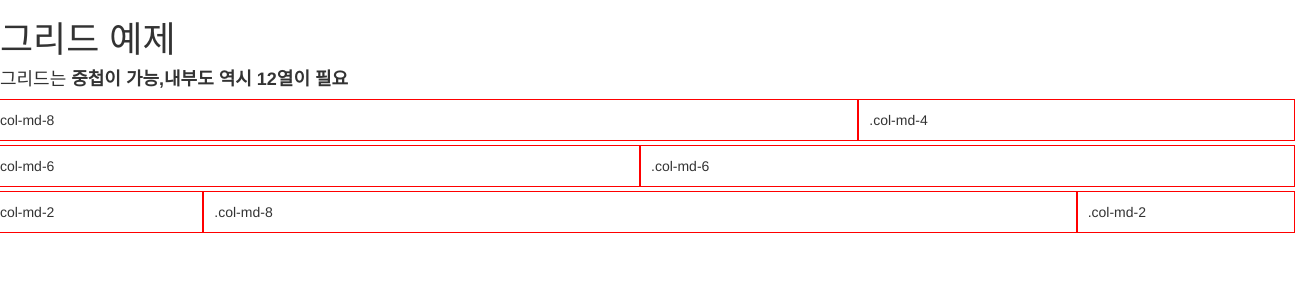
Repository: RYE415/4.jsp
Page: BootstrapTest/src/main/webapp/1.grid/grid2.html
These files come from the project's save history. The page is drawn as it stood at one moment and after the next save; the edit follows.
The browser window is 1280 px wide. The page is 1295 px wide, so the pictures cover 1295 px, including what lies to the right of the window. The pictures show the whole page.
Some web libraries are served in a nearby version.

Above is the page before, as saved 2022-08-08 01:16:18.

### BootstrapTest/src/main/webapp/1.grid/grid2.html
<!DOCTYPE html>
<html lang="ko">
  <head>
    <meta charset="utf-8">
    <meta http-equiv="X-UA-Compatible" content="IE=edge">
    <meta name="viewport" content="width=device-width, initial-scale=1">
    <!-- 위 3개의 메타 태그는 *반드시* head 태그의 처음에 와야합니다; 어떤 다른 콘텐츠들은 반드시 이 태그들 *다음에* 와야 합니다 -->
    <title>bootstrap 예제</title>

    <!-- 부트스트랩 -->
    <link href="../css/bootstrap.min.css" rel="stylesheet">
    <style>
	    .col-xs-1, .col-sm-1, .col-md-1, .col-lg-1,
		.col-xs-2, .col-sm-2, .col-md-2, .col-lg-2,
		.col-xs-3, .col-sm-3, .col-md-3, .col-lg-3,
		.col-xs-4, .col-sm-4, .col-md-4, .col-lg-4,
		.col-xs-5, .col-sm-5, .col-md-5, .col-lg-5,
		.col-xs-6, .col-sm-6, .col-md-6, .col-lg-6,
		.col-xs-7, .col-sm-7, .col-md-7, .col-lg-7,
		.col-xs-8, .col-sm-8, .col-md-8, .col-lg-8,
		.col-xs-9, .col-sm-9, .col-md-9, .col-lg-9,
		.col-xs-10,.col-sm-10, .col-md-10, .col-lg-10,
		.col-xs-11,.col-sm-11, .col-md-11, .col-lg-11,
		.col-xs-12,.col-sm-12, .col-md-12, .col-lg-12 {
			border:1px solid red;
			padding:10px; /*기존의 부트스트랩의 그리드에 해당하는
							스타일클래스 선택자를 변경하는 경우*/
		}
		.row {/*그리드 시스템 사이의 거리를 주기 위해서 필요*/
			margin-bottom:4px;
			margin-top:4px;

		}
    </style>

    <!-- IE8 에서 HTML5 요소와 미디어 쿼리를 위한 HTML5 shim 와 Respond.js -->
    <!-- WARNING: Respond.js 는 당신이 file:// 을 통해 페이지를 볼 때는 동작하지 않습니다. -->
    <!--[if lt IE 9]>
      <script src="https://oss.maxcdn.com/html5shiv/3.7.2/html5shiv.min.js"></script>
      <script src="https://oss.maxcdn.com/respond/1.4.2/respond.min.js"></script>
    <![endif]-->
  </head>
  <body>
    <h1>그리드 예제</h1>
    <h4>그리드는 <b>중첩이 가능,내부도 역시 12열이 필요</b></h4>
    <div id="container"><!-- 전체 레이아웃 감싸주기 -->

		<!-- 4:4:4 -->
		<div class="row">
			<div class="col-md-8">.col-md-8</div>
			<div class="col-md-4">.col-md-4</div>
		</div>

		<div class="row">
			<div class="col-md-6">.col-md-6</div>
			<div class="col-md-6">.col-md-6</div>
		</div>

		<div class="row">
			<div class="col-md-2">.col-md-2</div>
			<div class="col-md-8">.col-md-8</div>
			<div class="col-md-2">.col-md-2</div>
		</div>
    </div>

    <!-- jQuery (부트스트랩의 자바스크립트 플러그인을 위해 필요합니다) -->
    <script src="https://ajax.googleapis.com/ajax/libs/jquery/1.11.2/jquery.min.js"></script>
    <!-- 모든 컴파일된 플러그인을 포함합니다 (아래), 원하지 않는다면 필요한 각각의 파일을 포함하세요 -->
    <script src="../js/bootstrap.min.js"></script>
  </body>
</html>

Loaded but not shown: BootstrapTest/src/main/webapp/css/bootstrap.min.css (library); BootstrapTest/src/main/webapp/js/bootstrap.min.js (library)

After the next save:
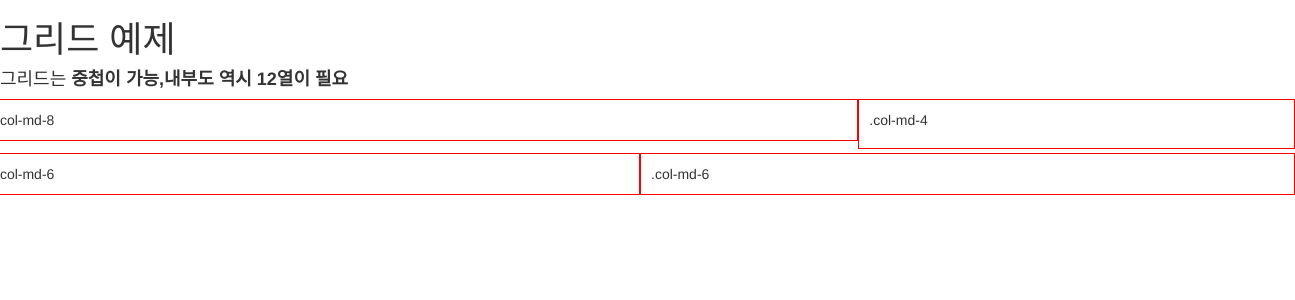
Saved 3 min 16 s later.
--- a/BootstrapTest/src/main/webapp/1.grid/grid2.html
+++ b/BootstrapTest/src/main/webapp/1.grid/grid2.html
@@ -47,8 +47,16 @@
 
 		<!-- 4:4:4 -->
 		<div class="row">
-			<div class="col-md-8">.col-md-8</div>
-			<div class="col-md-4">.col-md-4</div>
+			<div class="col-md-8">.col-md-8
+				<div calss="row">
+
+				</div>
+			</div>
+			<div class="col-md-4">.col-md-4
+				<div class="row">
+
+				</div>
+			</div>
 		</div>
 
 		<div class="row">
@@ -56,11 +64,6 @@
 			<div class="col-md-6">.col-md-6</div>
 		</div>
 
-		<div class="row">
-			<div class="col-md-2">.col-md-2</div>
-			<div class="col-md-8">.col-md-8</div>
-			<div class="col-md-2">.col-md-2</div>
-		</div>
     </div>
 
     <!-- jQuery (부트스트랩의 자바스크립트 플러그인을 위해 필요합니다) -->
